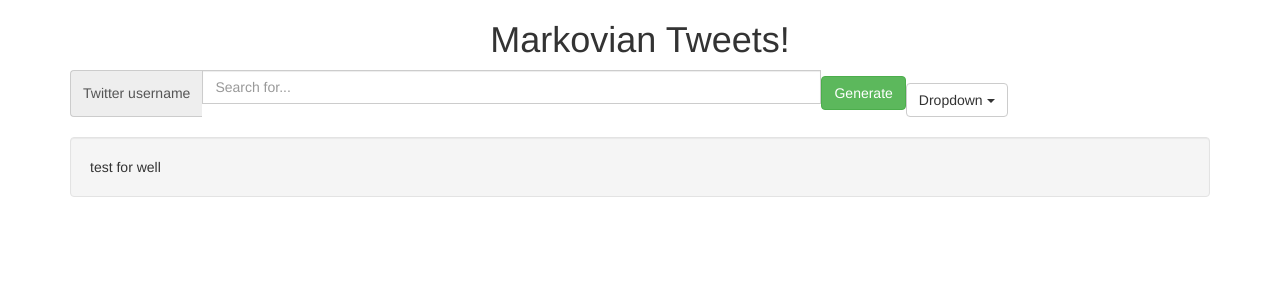
Repository: YeWang0/Markovian-tweets
Page: Markovian-tweets-V1/web/index.html
The author's editor kept a record of every edit. The page is drawn from the files as they stood at one moment, then again after the next edit.
The browser window is 1280 px wide. The pictures show the whole page.

Above is the page before.

### Markovian-tweets-V1/web/index.html
<!DOCTYPE html>
<html>

  <head>
    <link data-require="bootstrap-css@3.3.6" data-semver="3.3.6" rel="stylesheet" href="https://maxcdn.bootstrapcdn.com/bootstrap/3.3.6/css/bootstrap.css" />
    <script data-require="jquery@2.2.4" data-semver="2.2.4" src="https://ajax.googleapis.com/ajax/libs/jquery/2.2.4/jquery.min.js"></script>
    <script data-require="bootstrap.js@*" data-semver="3.3.6" src="https://maxcdn.bootstrapcdn.com/bootstrap/3.3.6/js/bootstrap.min.js"></script>
    <!--<link rel="stylesheet" href="style.css" />-->
    <style type="text/css">
    	h1{
		    text-align: center;
		}
    </style>
  </head>

  <body class="container">
    <h1>Markovian Tweets!</h1>
	  <div class="row" >
		  <div class="col-lg-12">
		    <div class="input-group">
		      <span class="input-group-addon" id="sizing-addon2">Twitter username</span>
		      <input type="text" class="form-control" placeholder="Search for..." id = "username">
		      <span class="input-group-btn">
		        <button class="btn btn-success" type="button">Generate</button>
		      </span>
		      <div class="dropdown">
				  <button class="btn btn-default dropdown-toggle" type="button" id="dropdownMenu1" data-toggle="dropdown" aria-haspopup="true" aria-expanded="true">
				    Dropdown
				    <span class="caret"></span>
				  </button>
				  <ul class="dropdown-menu" aria-labelledby="dropdownMenu1">
				    <li><a href="#">Action</a></li>
				    <li><a href="#">Another action</a></li>
				    <li><a href="#">Something else here</a></li>
				    <li role="separator" class="divider"></li>
				    <li><a href="#">Separated link</a></li>
				  </ul>
				</div>
		    </div><!-- /input-group -->
		  </div><!-- /.col-lg-6 -->
	  </div>
	  </br>
	  <div class="well">test for well</div>


	  <script type="text/javascript" >
	  	$("#username");
	  </script>
  </body>

</html>

After the next edit:
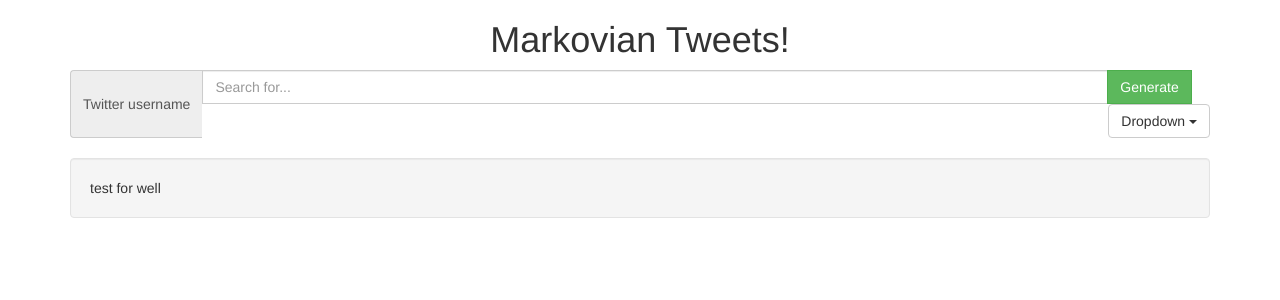
The edit:
--- a/Markovian-tweets-V1/web/index.html
+++ b/Markovian-tweets-V1/web/index.html
@@ -22,7 +22,7 @@
 		      <input type="text" class="form-control" placeholder="Search for..." id = "username">
 		      <span class="input-group-btn">
 		        <button class="btn btn-success" type="button">Generate</button>
-		      </span>
+
 		      <div class="dropdown">
 				  <button class="btn btn-default dropdown-toggle" type="button" id="dropdownMenu1" data-toggle="dropdown" aria-haspopup="true" aria-expanded="true">
 				    Dropdown
